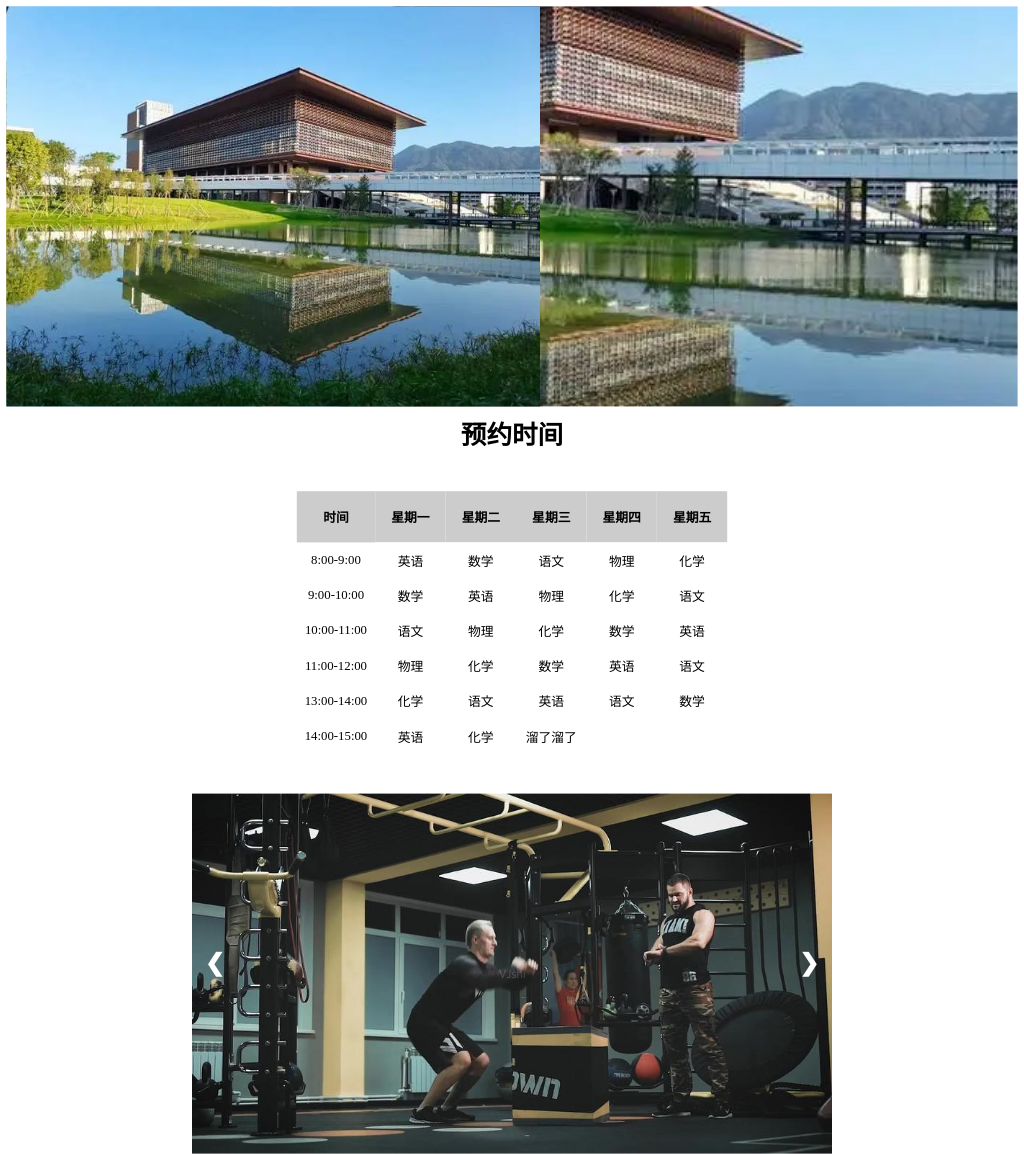
Repository: wupeng6666/Sports-Hall-Booking-System
Page: LearingDjango/app01/templates/yuyue.html
An editor plug-in stored every save of this project. The page is shown before and after the next save, followed by the edit.
The browser window is 1280 px wide. The pictures show the whole page, at 80% of full size.
Backgrounds fixed to the window are drawn as part of the page. The template is drawn by Django 4.2. The application's start-up code is not run. The template is opened directly, without the code that normally fills it, so the values that code supplies are empty.

Above is the page before, as saved 2023-06-07 14:05:45.

After the next save:
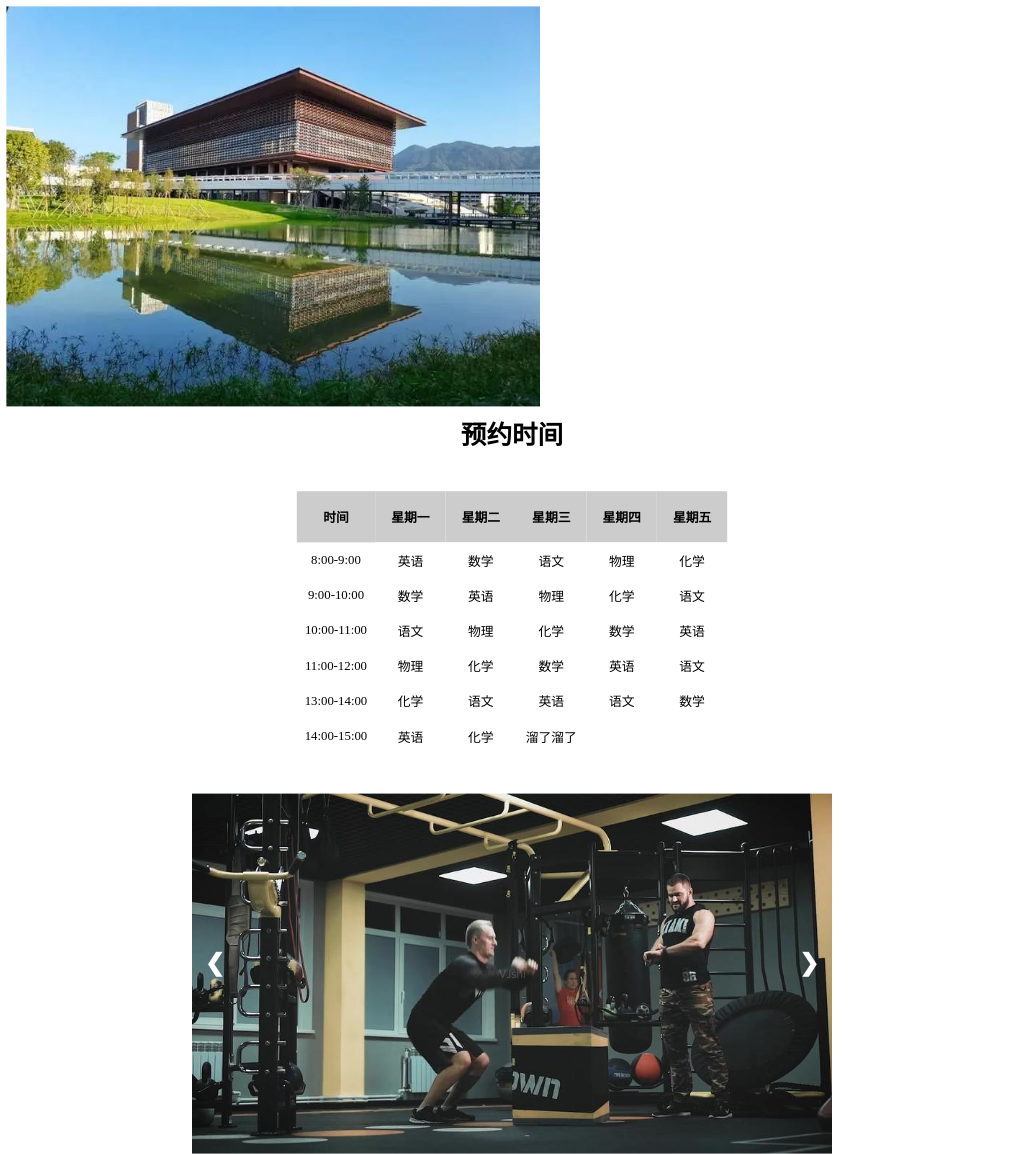
Saved 23 s later.
--- a/LearingDjango/app01/templates/yuyue.html
+++ b/LearingDjango/app01/templates/yuyue.html
@@ -102,7 +102,7 @@
 
     /* 背景图 */
     .image-container {
-        background: url("{% static '../static/img/beijing.webp' %}") no-repeat center center fixed;
+        /* background: url("{% static '../static/img/beijing.webp' %}") no-repeat center center fixed; */
         -webkit-background-size: cover;
         -moz-background-size: cover;
         -o-background-size: cover;

After the save that followed:
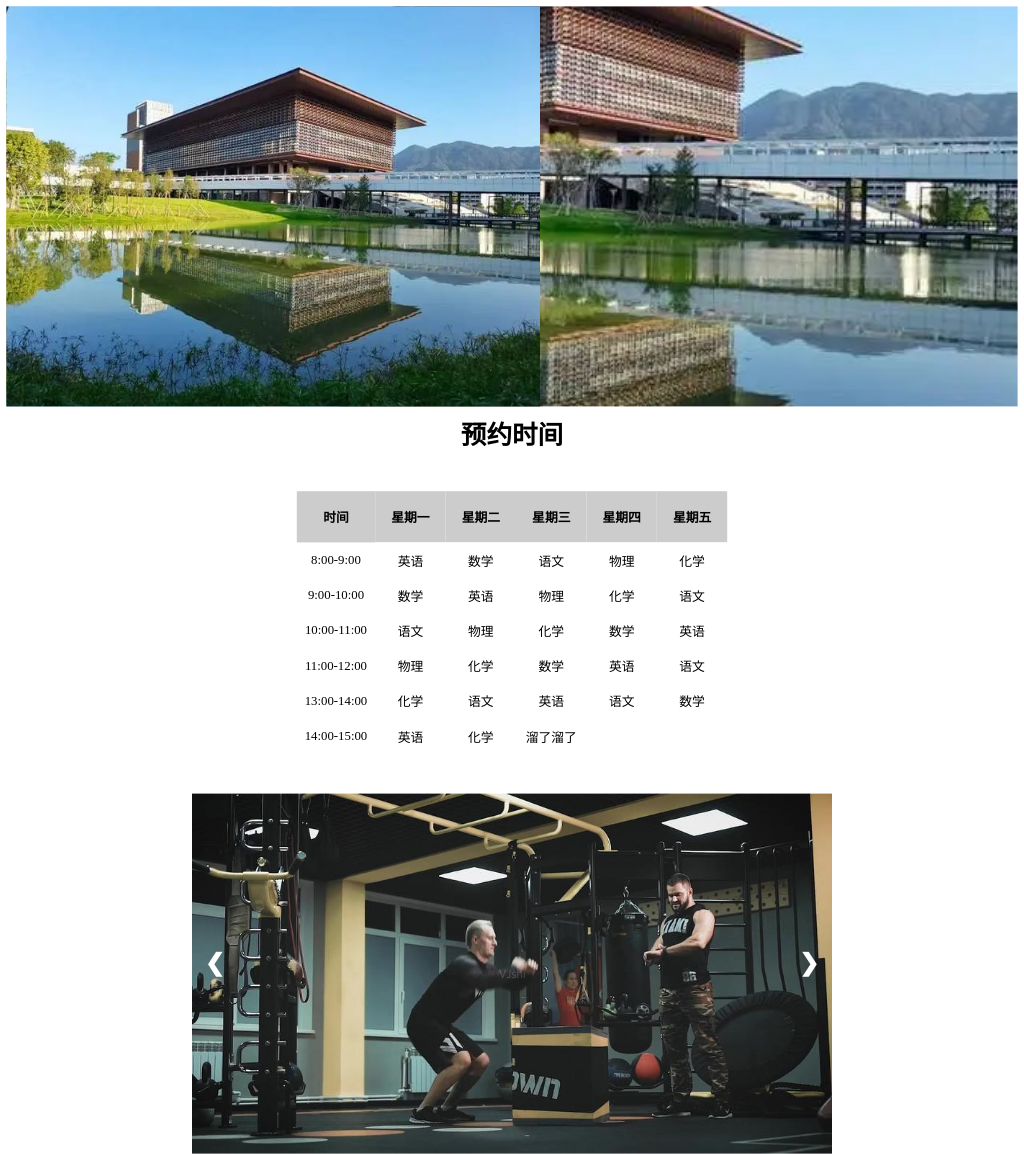
Saved 55 s later.
--- a/LearingDjango/app01/templates/yuyue.html
+++ b/LearingDjango/app01/templates/yuyue.html
@@ -102,7 +102,7 @@
 
     /* 背景图 */
     .image-container {
-        /* background: url("{% static '../static/img/beijing.webp' %}") no-repeat center center fixed; */
+        background: url("{% static '../static/img/beijing.webp' %}") no-repeat center center fixed;
         -webkit-background-size: cover;
         -moz-background-size: cover;
         -o-background-size: cover;
